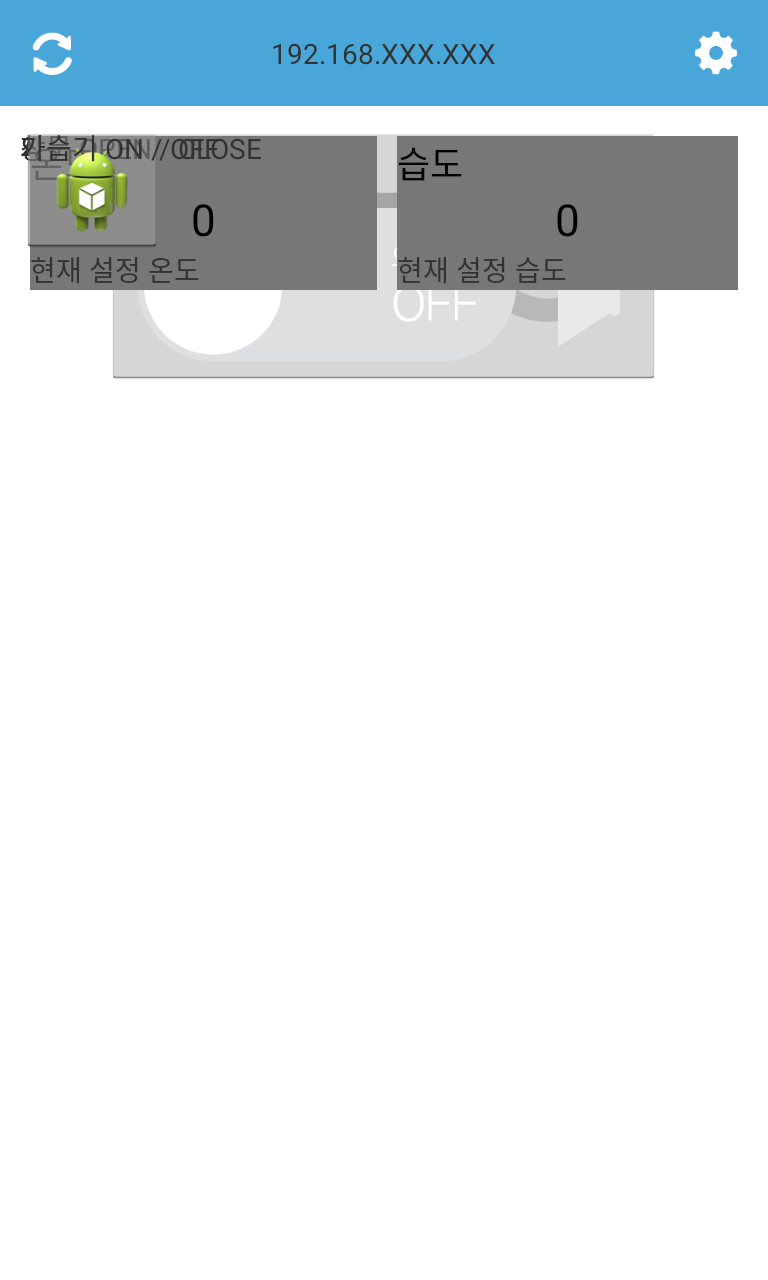
Repository: YeoeunJeong/SinNaYeo
Layout: sny_android/SinNaYeoAndroid/res/layout/activity_sin_na_yeo_main.xml
These files come from the project's save history. The layout is drawn as it stood at one moment and after the next save; the edit follows.
It is drawn on a 768 x 1280 px phone screen (xhdpi) without system bars, with theme android:Theme.Holo.Light.NoActionBar; the app's code is not run.

Above is the layout before, as saved 2015-09-24 19:06:12.

After the next save:
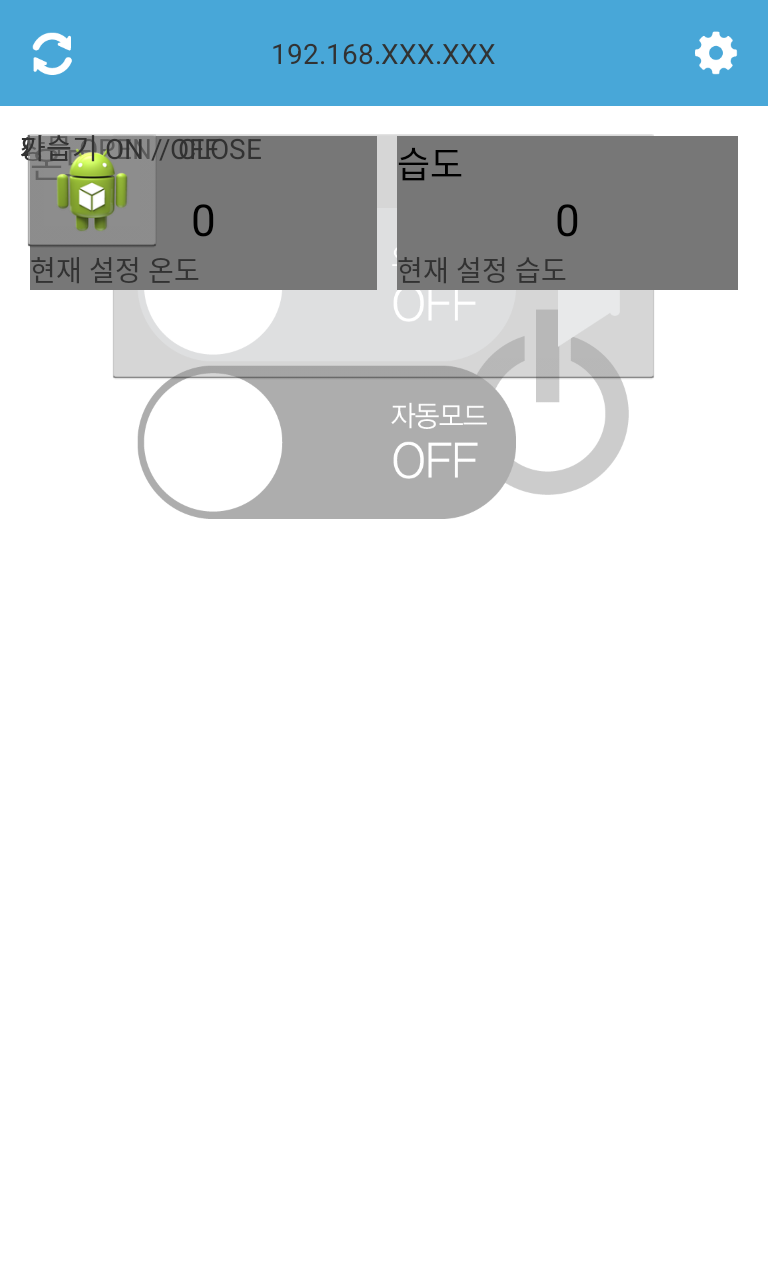
Saved 37 s later.
--- a/sny_android/SinNaYeoAndroid/res/layout/activity_sin_na_yeo_main.xml
+++ b/sny_android/SinNaYeoAndroid/res/layout/activity_sin_na_yeo_main.xml
@@ -59,6 +59,7 @@
             android:id="@+id/main_automode_btn"
             android:layout_width="wrap_content"
             android:layout_height="wrap_content"
+            android:layout_marginTop="86.33dp"
             android:layout_centerHorizontal="true"
             android:background="#00ff0000"
             android:src="@drawable/btn_auto_off" />
